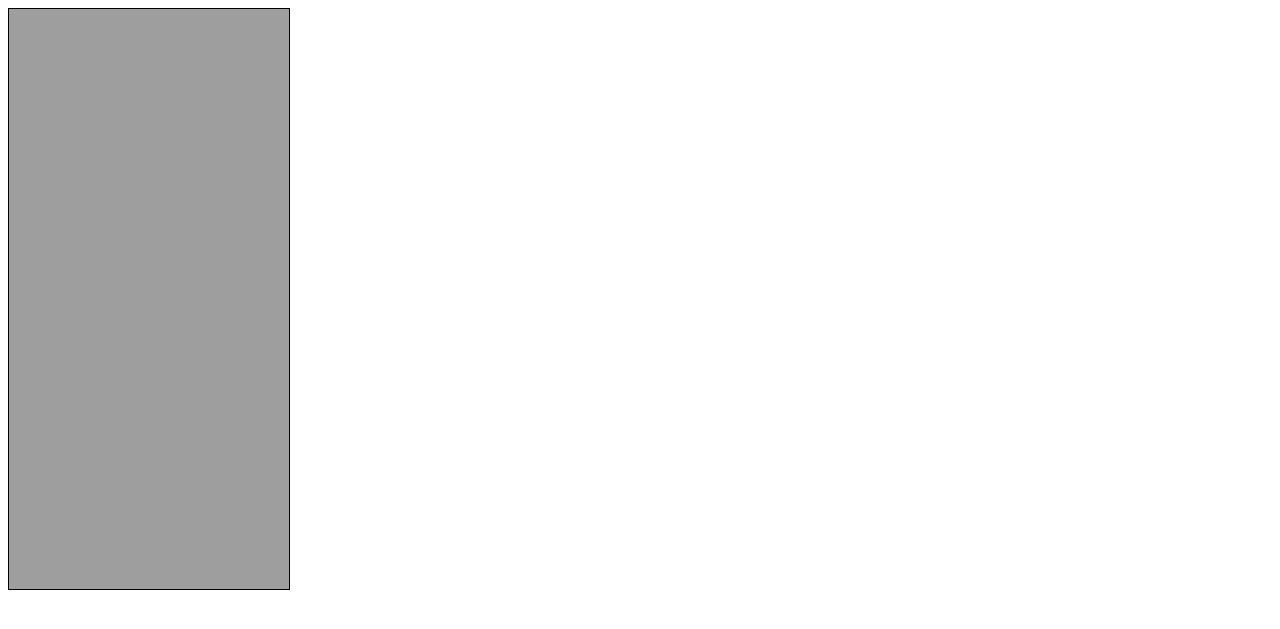
Repository: Tranduchieu2002/FlappyBird
Page: Flappy.html
The author's editor kept a copy of each file at every save. The page is drawn from the files as they stood at one save, then again after the next save.
The browser window is 1280 px wide. The pictures show the whole page.

Above is the page before, as saved 2021-09-14 17:05:57.

### Flappy.html
<!DOCTYPE html>
<html lang="en">
<head>
   <meta charset="UTF-8">
   <meta http-equiv="X-UA-Compatible" content="IE=edge">
   <meta name="viewport" content="width=device-width, initial-scale=1.0">
   <title>Document</title>
   <style>
      canvas  {
         border: 1px solid;
     }

   </style>
</head>
<body>
   <canvas id="canvas" width="280px" height="580px">

   </canvas>
   <script src="index.js"></script>
</body>
</html>

### index.js
const cvs = document.querySelector("canvas");
const ctx = cvs.getContext("2d");
var bird = new Image();
var bg = new Image();
let fg = new Image();
let pipeSouth = new Image();
let pipeNorth = new Image();
console.log(pipeNorth.length, pipeSouth.length);
fg.src =
  "https://raw.githubusercontent.com/CodeExplainedRepo/FlappyBird-JavaScript/master/images/fg.png";
pipeNorth.src =
  "https://raw.githubusercontent.com/CodeExplainedRepo/FlappyBird-JavaScript/master/images/pipeNorth.png";
pipeSouth.src =
  "https://raw.githubusercontent.com/CodeExplainedRepo/FlappyBird-JavaScript/master/images/pipeSouth.png";
bird.src =
  "https://e7.pngegg.com/pngimages/328/754/png-clipart-flappy-bird-blue-minecraft-bird-flappy-bird-bird.png";
bg.src =
  "https://raw.githubusercontent.com/CodeExplainedRepo/FlappyBird-JavaScript/master/images/bg.png";
(function draw() {
  const fh = 50;
  const hC = cvs.height;
  let Bx = 50;
  let By = 50;
  let hPassForCg = 7 * fh;
  ctx.drawImage(bg, 0, 0);
  ctx.drawImage(bird, 0, 0, 50, 50);
  ctx.drawImage(pipeSouth, 130, hC - hPassForCg);
  ctx.drawImage(pipeNorth,130,0)
  ctx.drawImage(fg, 0, hC - fg.height);
  requestAnimationFrame(draw);
})();

After the next save:
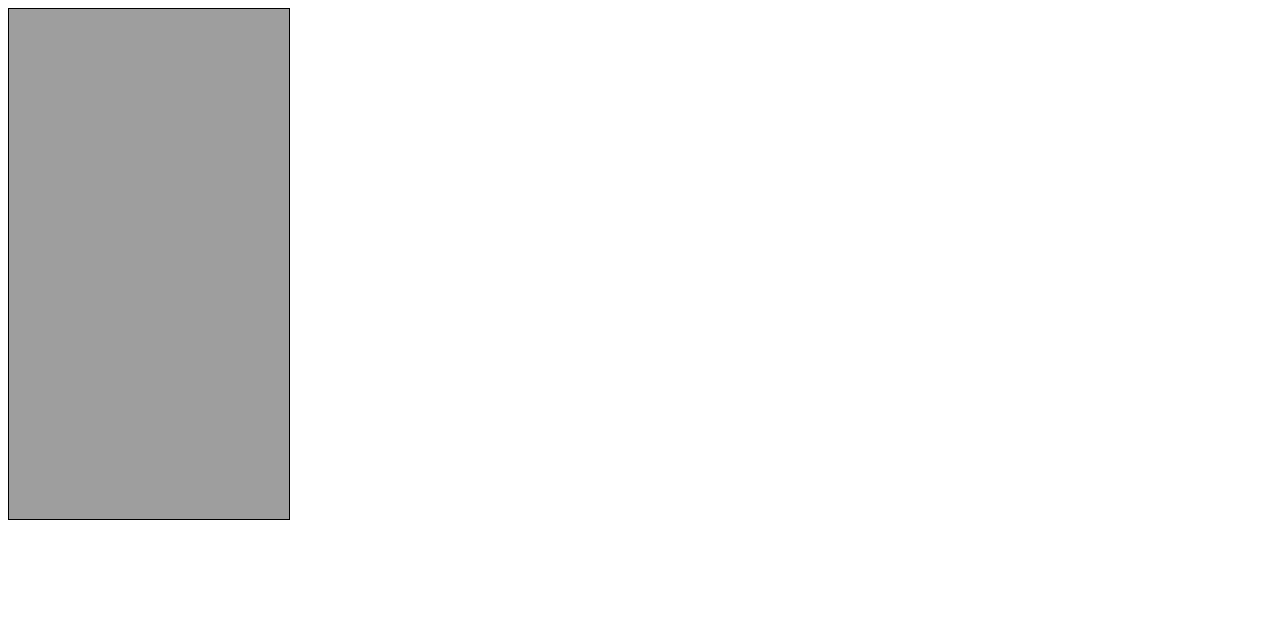
Saved 56 s later.
--- a/Flappy.html
+++ b/Flappy.html
@@ -13,7 +13,7 @@
    </style>
 </head>
 <body>
-   <canvas id="canvas" width="280px" height="580px">
+   <canvas id="canvas" width="280px" height="510px">
 
    </canvas>
    <script src="index.js"></script>
